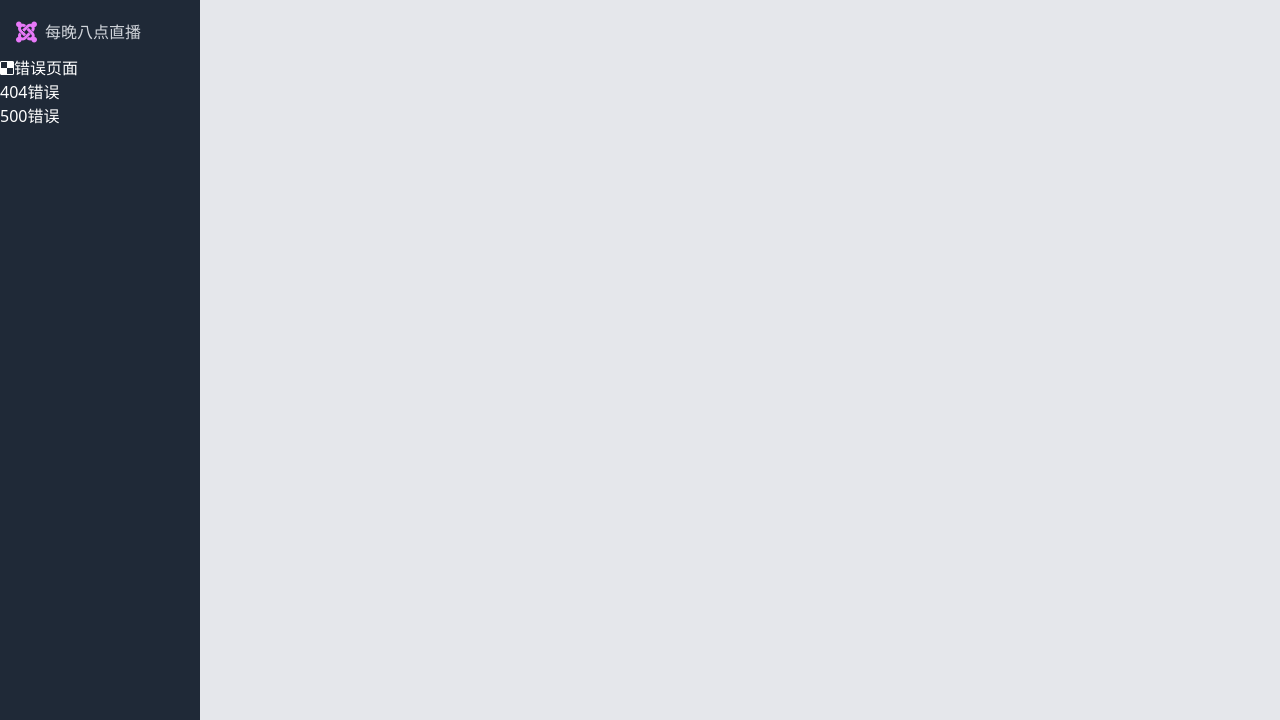
Repository: liangyingbo/vite-vue-TS
Page: /#/admin/home
The author's editor kept a copy of each file at every save. The page is drawn from the files as they stood at one save, then again after the next save.
The browser window is 1280 px wide. The pictures show the whole page.
The project was rebuilt for these pictures with package versions that can differ from the ones it lists, and the page was loaded fresh each time. Also part of the build but not shown: vite.config.ts, src/components/form/HdButton.vue, src/components/form/HdInput.vue, src/components/form/hdLink.vue, src/styles/global.scss.

Above is the page before, as saved 2022-11-18 19:54:41.

### index.html
<!DOCTYPE html>
<html lang="en">
  <head>
    <meta charset="UTF-8" />
    <link rel="icon" type="image/svg+xml" href="/vite.svg" />
    <meta name="viewport" content="width=device-width, initial-scale=1.0" />
    <link href="https://cdn.bootcdn.net/ajax/libs/font-awesome/6.2.0/css/all.css" rel="stylesheet">
    <title>Vite + Vue + TS</title>
  </head>
  <body>
    <div id="app"></div>
    <script type="module" src="/src/main.ts"></script>
  </body>
</html>

### src/main.ts
import { createApp } from 'vue'
import router, { setupRouter } from '@/router'
import { setupPlugins } from '@/plugins'
import '@/styles/global.scss'
import App from './App.vue'

async function bootstrap() {
    const app = createApp(App)
    setupRouter(app)
    setupPlugins(app)
    await router.isReady()
    app.mount('#app')
}
bootstrap()

### src/router/index.ts
import { App } from 'vue';
import { createRouter, createWebHashHistory } from 'vue-router'
import routes from './routes';
import layoutRoutes from './autoLoad';
import guard from './guard';
const router = createRouter({
    history: createWebHashHistory(),
    routes : [...routes,...layoutRoutes]
})
export function setupRouter(app:App){

    guard(router)
    app.use(router)
}

export default router;

### src/plugins/index.ts
import { App } from "vue";
import { setupTailWindCssPlugin } from "./tailwindcss";

export function setupPlugins(app: App) {
    autoRegisterComponent(app)

    setupTailWindCssPlugin()
}



function autoRegisterComponent(app: App) {
    const components = import.meta.glob('../components/form/*.vue', { eager: true })
    console.log(components)
    Object.keys(components).forEach(key => {
        const name = key.split('/').pop()?.split('.')[0] as string

        app.component(name, components[key].default)
    })
}

### src/App.vue
<script setup lang="ts">

// import {info} from '@/apis/userApi'

//const response =  info()
// console.log(response.then(res=>res.data.age))
// console.log()

 </script>

 <template>

    <router-view ></router-view>
 </template>

<style scoped>
</style>

### src/router/routes.ts
import { RouteRecordRaw } from "vue-router"
 const routes = [
    {
        path:'/home',
        name:'home',
        component:() => import("@/views/home.vue"),
    }
]  as  RouteRecordRaw[]

export default routes

### src/router/autoLoad.ts
import { RouteRecordRaw } from "vue-router";


const layout = import.meta.glob('../layouts/*.vue')
const children = import.meta.glob('../views/**/*.vue')
function getRoutes() {
    const layoutRoutes = [] as RouteRecordRaw[]
    Object.entries(layout).forEach(([file, module]) => {
        const route = getRouteByModule(file, module)
        route.children = getChildrenRoutes(route)
        layoutRoutes.push(route)
    })
    return layoutRoutes
}


// 根据布局路由匹配子路由
function getChildrenRoutes(layoutRoute: RouteRecordRaw) {
    const routes = [] as RouteRecordRaw[]
    Object.entries(children).forEach(([file, module]) => {
        if (file.includes(`../views/${layoutRoute.name as string}`)) {
            const route = getRouteByModule(file, module)
            routes.push(route)
        }
    })
    return routes
}

function getRouteByModule(file: string, module: () => Promise<unknown>) {
    const name = file.replace(/.+layouts\/|.+views\/|\.vue/gi, '')
    const route = {
        name: name.replace('/', '.'),
        path: `/${name}`,
        component: module
    } as RouteRecordRaw

    return route
}
export default getRoutes()

### src/router/guard.ts
 import { RouteLocationNormalized, Router } from "vue-router"


class Guard {
    constructor(private router: Router) { }

    public run() {
          this.router.beforeEach((to,from) =>{
            console.log(to)
             if(!this.isLogin(to)) return {name:'auth.login'}


          })
    }

    private isLogin(route:RouteLocationNormalized){
        // console.log(route.meta)
        console.log(route.meta)
        return true
    }
}

export default (router: Router) => {
    new Guard(router).run()
}

### src/plugins/tailwindcss/index.ts
import './tailwindcss.css'

export function setupTailWindCssPlugin(){

}

### src/layouts/admin.vue
<template>
    <div>
         <router-view></router-view>
    </div>
</template>
<script lang="ts" setup>
import routes from "@/router/routes";


</script>

<script lang="ts">
export default {
    route:{meta:{auth:true}}
}
</script>

<style lang="scss" scoped>

</style>

### src/views/admin/home.vue
<template>
    <div class=" admin w-screen h-screen flex ">
        <div class="w-[200px] py-2 bg-gray-800">
             <div class="text-white  flex items-center py-2 px-4">
                <i class="fab fa-joomla text-2xl text-fuchsia-400 mr-2"></i>
                <span class="text-base text-gray-300">每晚八点直播</span>
             </div>
             <div class="left-container">
                <dt class="text-white ">
                    <dl>
                        <i class="fab fa-delicious"></i>
                        <span>错误页面</span>
                        <dd>404错误</dd>
                        <dd>500错误</dd>
                    </dl>
                </dt>
             </div>
        </div>
        <div class="bg-gray-200 flex-1">
            <router-view></router-view>
        </div>
    </div>
</template>

<script lang="ts" setup></script>

<style lang="scss" scoped>

</style>

Loaded but not shown: src/plugins/tailwindcss/tailwindcss.css (common file); tailwind.config.cjs (common file)

After the next save:
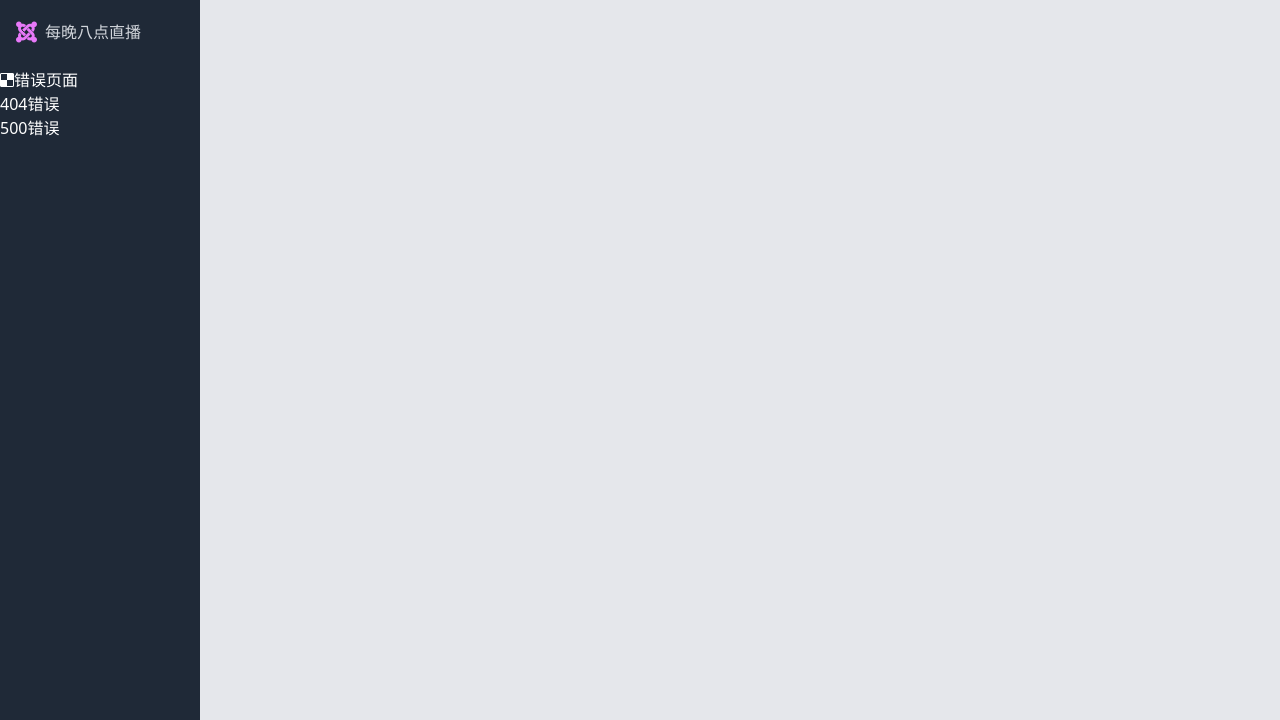
Saved 16 s later.
--- a/src/views/admin/home.vue
+++ b/src/views/admin/home.vue
@@ -6,7 +6,7 @@
                 <span class="text-base text-gray-300">每晚八点直播</span>
              </div>
              <div class="left-container">
-                <dt class="text-white ">
+                <dt class="text-white mt-3">
                     <dl>
                         <i class="fab fa-delicious"></i>
                         <span>错误页面</span>
